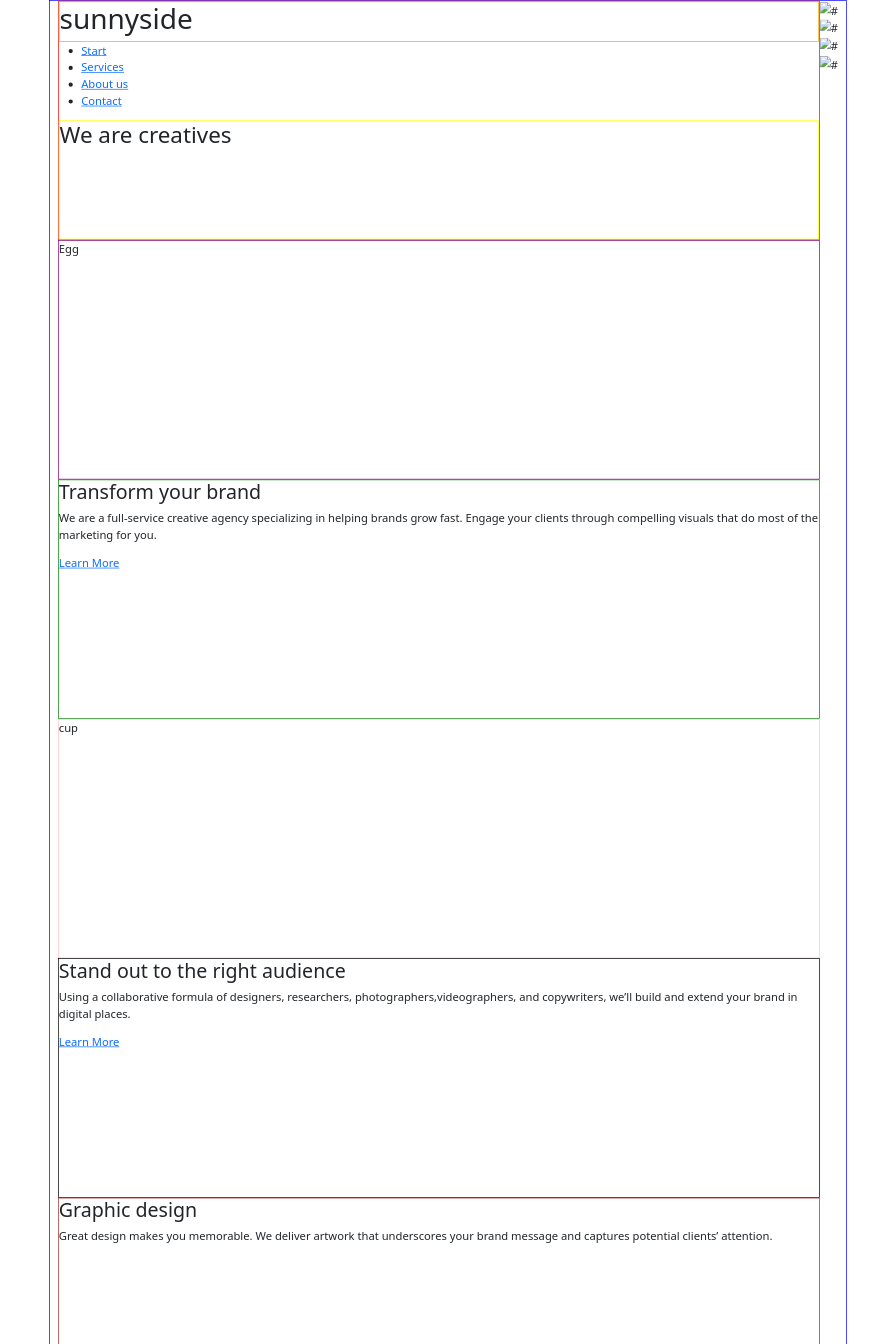
Repository: Roshanell/Sunny-Side-Agency
Page: index.html
An editor plug-in stored every save of this project. The page is shown before and after the next save, followed by the edit.
The browser window is 1280 px wide. The pictures show the part of the page from y = 0 to 1920 px (the page is 4106 px tall), at 70% of full size.

Above is the page before, as saved 2022-07-01 13:19:05.

### index.html
<!doctype html>
<html lang="en">

  <head>
    <meta charset="utf-8">
    <meta name="viewport" content="width=device-width, initial-scale=1">
    <title>Sunny Side Agency</title>
    <link href="https://cdn.jsdelivr.net/npm/bootstrap@5.2.0-beta1/dist/css/bootstrap.min.css" rel="stylesheet"
      integrity="sha384-0evHe/X+R7YkIZDRvuzKMRqM+OrBnVFBL6DOitfPri4tjfHxaWutUpFmBp4vmVor" crossorigin="anonymous">
    <link href="https://fonts.googleapis.com/icon?family=Material+Icons" rel="stylesheet">
    <link rel="stylesheet" href="css/style.css">
  </head>

  <body>
    <div class="container">
      <div class="homePage">
        <header>
          <div class="header">
            <h1>sunnyside</h1>
          </div>
          <nav>
            <ul>
              <li><a href="#">Start</a></li>
              <li><a href="#">Services</a></li>
              <li><a href="#">About us</a></li>
              <li><a href="#">Contact</a></li>
            </ul>
          </nav>
        </header>
        <div class="homeContent">
          <h2>We are creatives</h2>
        </div>
      </div>

      <div class="eggArea">
        <p>Egg</p>
      </div>

      <div class="aboutUsInfo">
        <h3>
          Transform your brand
        </h3>
        <p>We are a full-service creative agency specializing in helping brands grow fast. Engage your clients through
          compelling visuals that do most of the marketing for you. </p>
        <span><a href="#">Learn More</a></span>
      </div>

      <div class="cupImage">
        <p>cup</p>
      </div>

      <div class="standOutInfo">
        <h3>Stand out to the right audience</h3>
        <p> Using a collaborative formula of designers, researchers,
          photographers,videographers, and copywriters, we’ll build and extend your brand in digital places. </p>

        <span><a href="#">Learn More</a></span>
      </div>
      <div class="graphicDesign">
        <h3> Graphic design</h3>
        <p>
          Great design makes you memorable. We deliver artwork that underscores your brand message and captures
          potential clients’ attention.
          <!-- background img with words overlay -->
        </p>
      </div>
      <div class="orangeImage">
        <h3>Photography</h3>
        <p> Increase your credibility by getting the most stunning, high-quality photos that improve your business
          image. </p>
        <!-- background img with words overlay -->
      </div>
      <div class="testimonialOne">
        <h4>Client Testimonials</h4>
        <img src="#" alt="Woman's Profile Image'">
        <p>We put our trust in Sunnyside and they delivered, making sure our needs were met and deadlines were always
          hit.</p>
        <span>Emily R.</span>
        <span>Marketing Director</span>
      </div>
      <div class="testimonialThree">
        <img src="#" alt="Man's' Profile Image'">
        <span>Thomas S.</span>
        <p>Sunnyside’s enthusiasm coupled with their keen interest in our brand’s success made it a satisfying and
          enjoyable experience.</p>
        <span>Chief Operating Officer</span>
      </div>
      <div class="testimonialTwo">
        <img src="#" alt="Woman's Profile Image'">
        <p>Incredible end result! Our sales increased over 400% when we worked with Sunnyside. Highly recommended!</p>
        <span>Jennie F.</span>
        <span>Business Owner</span>
      </div>
      <div class="fourImgs">
        <div class="imgOne">
          <img src="#" alt="img">
        </div>
        <div class="imgTwo">
          <img src="#" alt="img">
        </div>
        <div class="imgThree">
          <img src="#" alt="img">
        </div>
        <div class="imgFour">
          <img src="#" alt="img">
        </div>
      </div>

      <div class="footer">
        <!-- <h1>sunnyside</h1>
        <span>About</span>
        <span>ser</span>
        <span>About</span> -->
      </div>
      <div class="logo">
        <div class="fbIcon">
          <img src="#" alt="#">
        </div>
        <div class="igIcon">
          <img src="#" alt="#">
        </div>
        <div class="twitterIcon">
          <img src="#" alt="#">
        </div>
        <div class="pinterest">
          <img src="#" alt="#">
        </div>
      </div>
    </div>




    <!-- Home
Profile
About
Contacts
  -->




    <script src="https://cdn.jsdelivr.net/npm/bootstrap@5.2.0-beta1/dist/js/bootstrap.bundle.min.js"
      integrity="sha384-pprn3073KE6tl6bjs2QrFaJGz5/SUsLqktiwsUTF55Jfv3qYSDhgCecCxMW52nD2" crossorigin="anonymous"
      type="text/javascript" src="js/main.js">


      </script>

  </body>

</html>

### css/style.css
/* Box Model Hack */
* {
  -moz-box-sizing: border-box;
}

/* Clear fix hack */
.clearfix:after {
  content: ".";
  display: block;
  clear: both;
  visibility: hidden;
  line-height: 0;
  height: 0;
}

.clear {
  clear: both;
}

/******************************************
/* BASE STYLES
/*******************************************/





body {
}

/******************************************
/* LAYOUT
/*******************************************/
.container {
  border: solid 1px blue;
  display: grid;
  grid-template-columns: 1fr;
  grid-template-rows: 1fr 1fr 1fr 1fr 1fr 1fr 1fr 1fr 1fr 1fr 1fr 1fr;
  gap: 0px 0px;
  grid-auto-flow: column dense;
  grid-template-areas:
    "homePage"
    "eggArea"
    "aboutUsInfo"
    "cupImage"
    "standOutInfo"
    "graphicDesign"
    "orangeImage"
    "testimonialOne"
    "testimonialTwo"
    "testimonialThree"
    "fourImgs"
    "footer";
}

.homePage {
  border: solid 1px red;
  display: grid;
  grid-template-columns: 1fr;
  grid-template-rows: 1fr 1fr;
  gap: 0px 0px;
  grid-auto-flow: row;
  grid-template-areas:
    "header"
    "homeContent";
  grid-area: homePage;
}

.header {
  border: solid 1px orange;
  grid-area: header;
}

.homeContent {
  border: solid 1px yellow;
  grid-area: homeContent;
}

.eggArea {
  border: solid 1px purple;
  grid-area: eggArea;
}

.aboutUsInfo {
  border: solid 1px green;
  grid-area: aboutUsInfo;
}

.cupImage {
  border: solid 1px pink;
  grid-area: cupImage;
}

.standOutInfo {
  border: solid 1px black;
  grid-area: standOutInfo;
}

.graphicDesign {
  border: solid 1px brown;
  grid-area: graphicDesign;
}

.orangeImage {
  border: solid 1px gray;
  grid-area: orangeImage;
}

.testimonialOne {
  border: solid 1px fuchsia;
  grid-area: testimonialOne;
}

.testimonialThree {
  border: solid 1px lightblue;
  grid-area: testimonialThree;
}

.testimonialTwo {
  border: solid 1px silver;
  grid-area: testimonialTwo;
}

.fourImgs {
  border: solid 1px maroon;
  display: grid;
  grid-template-columns: 1fr 1fr;
  grid-template-rows: 1fr 1fr;
  gap: 0px 0px;
  grid-template-areas:
    "imgOne imgThree"
    "imgTwo imgFour";
  grid-area: fourImgs;
}

.imgOne {
  border: solid 1px yellowgreen;
}
.imgTwo {
  border: solid 1px rgb(228, 122, 199);
}
.imgThree {
  border: solid 1px rgb(158, 207, 232);
}
.imgFour {
  border: solid 1px rgb(205, 122, 50);
}

/* Fix the footer


.footer {
  border: solid 1px blue;
  display: grid;
  grid-auto-flow: column dense;
  grid-template-columns: 1fr 1fr 1fr;
  grid-template-rows: 1fr 1fr 1fr;
  gap: 0px 0px;
  grid-template-areas:
    ". logoName ."
    "about services projects"
    ". logo .";
  grid-area: footer;
}
.logoName {
  grid-area: logoName;
}
.about {
  grid-area: about;
}
.services {
  display: grid;
  grid-template-columns: 1fr 1fr 1fr;
  grid-template-rows: 1fr 1fr 1fr;
  gap: 0px 0px;
  grid-area: services;
}
.projects {
  grid-area: projects;
}
.logo {
  display: grid;
  grid-template-columns: 1fr 1fr 1fr 1fr;
  grid-template-rows: 1fr;
  gap: 0px 0px;
  grid-template-areas: "fbIcon igIcon twitterIcon pinterest";
  grid-area: logo;
}

.fbIcon {
  border: solid 1px silver;
  grid-area: fbIcon;
}
.igIcon {
  border: solid 1px red;
  grid-area: fbIcon;
}
.twitterIcon {
  border: solid 1px midnightblue;
  grid-area: twitterIcon;
}
.pinterest {
  border: solid 1px plum;
  grid-area: pinterest;
}

/******************************************
/* ADDITIONAL STYLES
/*******************************************/

After the next save:
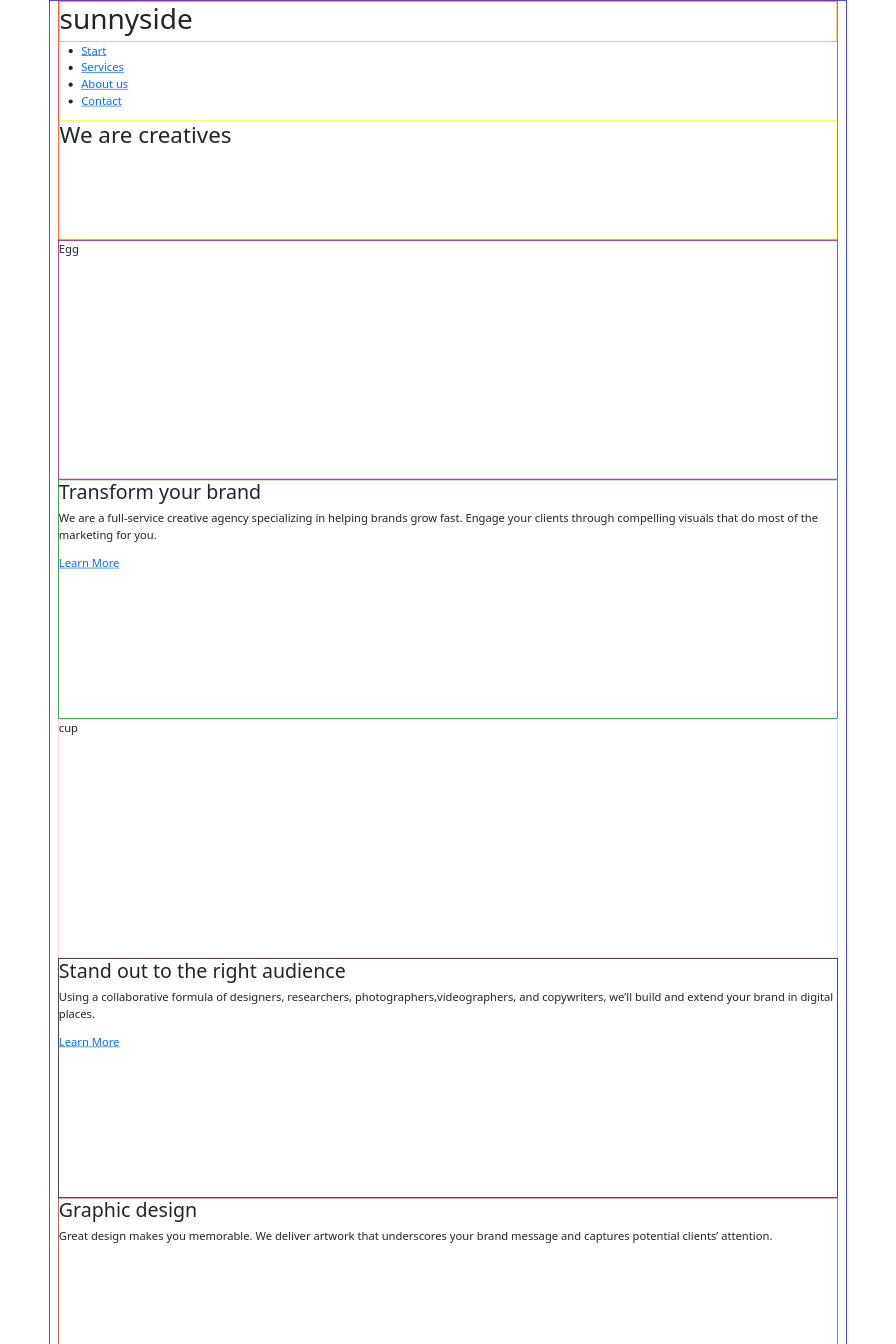
Saved 92 s later.
--- a/index.html
+++ b/index.html
@@ -112,7 +112,7 @@
         <span>ser</span>
         <span>About</span> -->
       </div>
-      <div class="logo">
+      <!-- <div class="logo">
         <div class="fbIcon">
           <img src="#" alt="#">
         </div>
@@ -125,7 +125,7 @@
         <div class="pinterest">
           <img src="#" alt="#">
         </div>
-      </div>
+      </div> -->
     </div>
 
 
